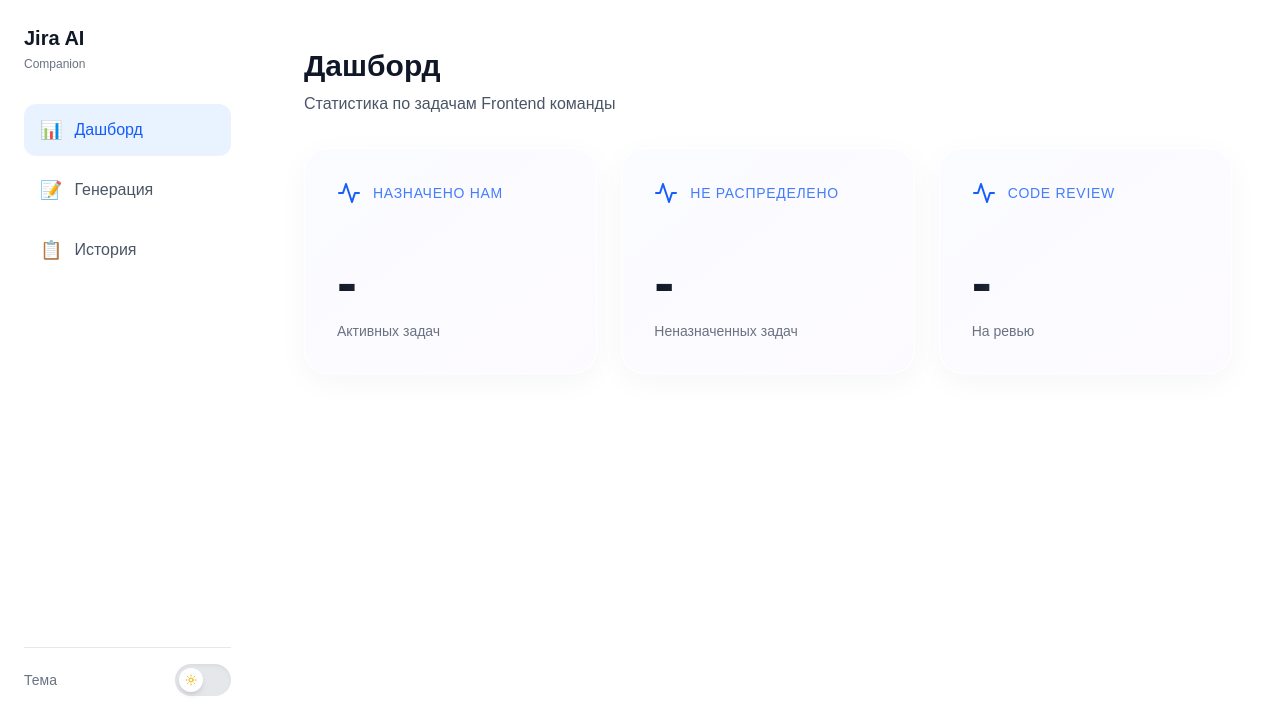
Repository: iposho/jira-ai-companion
Page: /
These files come from the project's save history. The page is drawn as it stood at one moment and after the next save; the edit follows.
The browser window is 1280 px wide. The pictures show the whole page.
The page's requests for data from a server got no answer. The project was rebuilt for these pictures with package versions that can differ from the ones it lists, and the page was loaded fresh each time. The framework's server and built-in components were replaced by stand-ins that run in the browser. No one was signed in, and anything a server would have sent is missing. Also part of the build but not shown: next.config.ts.

Above is the page before, as saved 2026-01-04 05:31:32.

### src/app/layout.tsx
import type { Metadata } from "next";
import { Geist, Geist_Mono } from "next/font/google";
import "./globals.css";
import { ThemeProvider } from "@/shared/providers/theme-provider";
import { AppShell } from "@/widgets/app-shell/ui/app-shell";

const geistSans = Geist({
  variable: "--font-geist-sans",
  subsets: ["latin"],
});

const geistMono = Geist_Mono({
  variable: "--font-geist-mono",
  subsets: ["latin"],
});

export const metadata: Metadata = {
  title: "Jira AI Companion",
  description: "Обзор фронтовых задач в DEV",
};

export default function RootLayout({
  children,
}: Readonly<{
  children: React.ReactNode;
}>) {
  return (
    <html lang="ru" suppressHydrationWarning>
      <body
        className={`${geistSans.variable} ${geistMono.variable} antialiased min-h-screen bg-gray-50 dark:bg-gray-900 transition-colors duration-300`}
      >
        <ThemeProvider
          attribute="class"
          defaultTheme="system"
          enableSystem
          disableTransitionOnChange
        >
          <AppShell>{children}</AppShell>
        </ThemeProvider>
      </body>
    </html>
  );
}

### src/app/page.tsx
import { StatTile } from "@/widgets/dashboard/ui/stat-tile";

async function getStats() {
  try {
    const baseUrl = process.env.URL || 'http://localhost:3000';
    const res = await fetch(`${baseUrl}/api/stats`, {
      cache: 'no-store',
    });
    if (!res.ok) return { count: 0, error: true };
    return res.json();
  } catch {
    return { count: 0, error: true };
  }
}

export default async function Home() {
  const stats = await getStats();

  return (
    <div>
      <div className="mb-8">
        <h1 className="text-3xl font-bold text-gray-900 dark:text-white mb-2">
          Дашборд
        </h1>
        <p className="text-gray-600 dark:text-gray-400">
          Статистика по задачам Frontend команды
        </p>
      </div>

      <main className="grid grid-cols-1 md:grid-cols-2 lg:grid-cols-3 gap-6">
        <StatTile
          count={stats.activeCount || 0}
          error={stats.error}
          label={['Активная задача', 'Активные задачи', 'Активных задач']}
          href={stats.activeUrl}
        />
        <StatTile
          count={stats.unassignedCount || 0}
          error={stats.error}
          label={['Неназначенная задача', 'Неназначенные задачи', 'Неназначенных задач']}
          href={stats.unassignedUrl}
        />
        <StatTile
          count={stats.reviewCount || 0}
          error={stats.error}
          label={['На ревью', 'На ревью', 'На ревью']}
          href={stats.reviewUrl}
        />
      </main>
    </div>
  );
}

### src/app/globals.css
@import "tailwindcss";

/*
  Enable class-based dark mode for Tailwind v4.
  This overrides the default media-based dark variant.
*/
@variant dark (&:where(.dark, .dark *));

:root {
  --background: #ffffff;
  --foreground: #171717;
}

@theme inline {
  --color-background: var(--background);
  --color-foreground: var(--foreground);
  --font-sans: var(--font-geist-sans);
  --font-mono: var(--font-geist-mono);
}

.dark {
  --background: #0a0a0a;
  --foreground: #ededed;
}

body {
  background: var(--background);
  color: var(--foreground);
  font-family: Arial, Helvetica, sans-serif;
}

### src/widgets/app-shell/ui/app-shell.tsx
'use client';

import { usePathname } from 'next/navigation';
import { Sidebar } from '@/widgets/sidebar/ui/sidebar';

export function AppShell({ children }: { children: React.ReactNode }) {
    const pathname = usePathname();
    const isLoginPage = pathname === '/login';

    if (isLoginPage) {
        return <>{children}</>;
    }

    return (
        <div className="flex min-h-screen">
            <Sidebar />
            <main className="flex-1 ml-64 p-8 sm:p-12">
                {children}
            </main>
        </div>
    );
}

### src/widgets/dashboard/ui/stat-tile.tsx
import { pluralize } from "@/shared/lib/utils";

interface StatTileProps {
    count: number;
    label: [string, string, string];
    error?: boolean;
    href?: string;
}

export function StatTile({ count, label, error, href }: StatTileProps) {
    const content = (
        <div className={`relative overflow-hidden rounded-3xl p-8
      bg-white/70 dark:bg-black/40
      backdrop-blur-xl border border-white/20 dark:border-white/10
      shadow-[0_8px_30px_rgb(0,0,0,0.04)] dark:shadow-[0_8px_30px_rgb(0,0,0,0.1)]
      transition-all duration-300 hover:scale-[1.02] active:scale-[0.98]
      ${href ? 'group cursor-pointer' : ''}
    `}>
            <div className="absolute inset-0 bg-gradient-to-br from-blue-500/5 to-purple-500/5 dark:from-blue-500/10 dark:to-purple-500/10 opacity-50" />

            <div className="relative z-10 flex flex-col items-start h-full justify-between min-h-[160px]">
                <div className="flex items-center space-x-3 text-blue-600 dark:text-blue-400 mb-4 transition-colors group-hover:text-blue-500">
                    <svg xmlns="http://www.w3.org/2000/svg" width="24" height="24" viewBox="0 0 24 24" fill="none" stroke="currentColor" strokeWidth="2" strokeLinecap="round" strokeLinejoin="round" className="lucide lucide-activity"><path d="M22 12h-4l-3 9L9 3l-3 9H2" /></svg>
                    <span className="font-medium text-sm uppercase tracking-wider opacity-80">
                        {label[1] === 'Неназначенные задачи'
                            ? 'Не распределено'
                            : label[1] === 'На ревью'
                                ? 'Code Review'
                                : 'Назначено нам'}
                    </span>
                </div>

                <div className="mt-auto">
                    <div className="text-6xl font-bold bg-clip-text text-transparent bg-gradient-to-r from-gray-900 to-gray-600 dark:from-white dark:to-gray-400">
                        {error ? "-" : count}
                    </div>
                    <p className="text-sm text-gray-500 dark:text-gray-400 mt-2 font-medium">
                        {pluralize(count, label)}
                    </p>
                </div>
            </div>
        </div>
    );

    if (href) {
        return (
            <a href={href} target="_blank" rel="noopener noreferrer" className="block">
                {content}
            </a>
        );
    }

    return content;
}

### src/widgets/sidebar/ui/sidebar.tsx
'use client';

import Link from 'next/link';
import { usePathname } from 'next/navigation';
import { ThemeToggle } from '@/features/theme/ui/theme-toggle';

const navItems = [
    { href: '/', label: 'Дашборд', icon: '📊' },
    { href: '/reports', label: 'Генерация', icon: '📝' },
    { href: '/reports/history', label: 'История', icon: '📋' },
];

export function Sidebar() {
    const pathname = usePathname();

    return (
        <aside className="fixed left-0 top-0 h-screen w-64 bg-white/70 dark:bg-black/40 backdrop-blur-xl border-r border-white/20 dark:border-white/10 p-6 flex flex-col z-50">
            <div className="mb-8">
                <h1 className="text-xl font-bold text-gray-900 dark:text-white">
                    Jira AI
                </h1>
                <p className="text-xs text-gray-500 dark:text-gray-400 mt-1">
                    Companion
                </p>
            </div>

            <nav className="flex-1 space-y-2">
                {navItems.map((item) => {
                    const isActive = pathname === item.href ||
                        (item.href !== '/' && pathname.startsWith(item.href));

                    return (
                        <Link
                            key={item.href}
                            href={item.href}
                            className={`flex items-center gap-3 px-4 py-3 rounded-xl transition-all duration-200 ${isActive
                                    ? 'bg-blue-500/10 text-blue-600 dark:text-blue-400 font-medium'
                                    : 'text-gray-600 dark:text-gray-400 hover:bg-gray-100 dark:hover:bg-white/5'
                                }`}
                        >
                            <span className="text-lg">{item.icon}</span>
                            <span>{item.label}</span>
                        </Link>
                    );
                })}
            </nav>

            <div className="pt-4 border-t border-gray-200 dark:border-gray-700">
                <div className="flex items-center justify-between">
                    <span className="text-sm text-gray-500 dark:text-gray-400">Тема</span>
                    <ThemeToggle />
                </div>
            </div>
        </aside>
    );
}

### src/shared/lib/utils.ts
import { type ClassValue, clsx } from "clsx";
import { twMerge } from "tailwind-merge";

export function cn(...inputs: ClassValue[]) {
    return twMerge(clsx(inputs));
}

export function pluralize(count: number, words: [string, string, string]): string {
    const cases = [2, 0, 1, 1, 1, 2];
    const index =
        count % 100 > 4 && count % 100 < 20
            ? 2
            : cases[count % 10 < 5 ? count % 10 : 5];
    return words[index];
}

### src/features/theme/ui/theme-toggle.tsx
"use client"

import * as React from "react"
import { Moon, Sun } from "lucide-react"
import { useTheme } from "next-themes"
import { cn } from "@/shared/lib/utils"

export function ThemeToggle() {
    const { setTheme, theme } = useTheme()

    return (
        <button
            onClick={() => setTheme(theme === "light" ? "dark" : "light")}
            className={cn(
                "relative flex h-8 w-14 items-center rounded-full p-1 transition-colors duration-300",
                "bg-gray-200 dark:bg-gray-700 shadow-inner"
            )}
            aria-label="Toggle theme"
        >
            <div
                className={cn(
                    "absolute h-6 w-6 rounded-full bg-white shadow-md transition-transform duration-300 flex items-center justify-center",
                    theme === "dark" ? "translate-x-6" : "translate-x-0"
                )}
            >
                {theme === "dark" ? (
                    <Moon className="h-3 w-3 text-gray-800" />
                ) : (
                    <Sun className="h-3 w-3 text-yellow-500" />
                )}
            </div>
        </button>
    )
}

Loaded but not shown: src/shared/providers/theme-provider.tsx (common file)

After the next save:
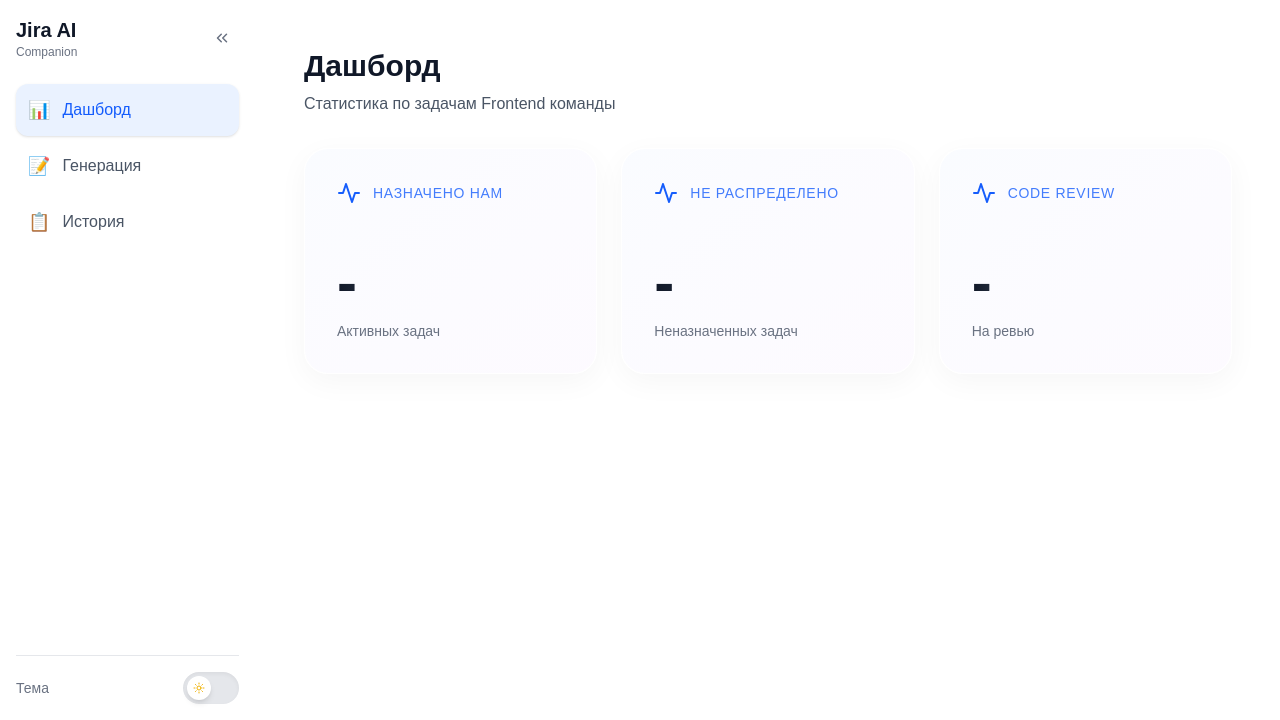
Saved 13 s later.
--- a/src/widgets/sidebar/ui/sidebar.tsx
+++ b/src/widgets/sidebar/ui/sidebar.tsx
@@ -5,52 +5,115 @@
 import { ThemeToggle } from '@/features/theme/ui/theme-toggle';
 
 const navItems = [
-    { href: '/', label: 'Дашборд', icon: '📊' },
-    { href: '/reports', label: 'Генерация', icon: '📝' },
-    { href: '/reports/history', label: 'История', icon: '📋' },
+  { href: '/', label: 'Дашборд', icon: '📊' },
+  { href: '/reports', label: 'Генерация', icon: '📝' },
+  { href: '/reports/history', label: 'История', icon: '📋' },
 ];
 
-export function Sidebar() {
-    const pathname = usePathname();
+interface SidebarProps {
+  collapsed: boolean;
+  onToggle: () => void;
+  onClose?: () => void;
+}
 
-    return (
-        <aside className="fixed left-0 top-0 h-screen w-64 bg-white/70 dark:bg-black/40 backdrop-blur-xl border-r border-white/20 dark:border-white/10 p-6 flex flex-col z-50">
-            <div className="mb-8">
-                <h1 className="text-xl font-bold text-gray-900 dark:text-white">
-                    Jira AI
-                </h1>
-                <p className="text-xs text-gray-500 dark:text-gray-400 mt-1">
-                    Companion
-                </p>
-            </div>
+export function Sidebar({ collapsed, onToggle, onClose }: SidebarProps) {
+  const pathname = usePathname();
 
-            <nav className="flex-1 space-y-2">
-                {navItems.map((item) => {
-                    const isActive = pathname === item.href ||
-                        (item.href !== '/' && pathname.startsWith(item.href));
+  const isActive = (href: string) => {
+    if (href === '/') return pathname === '/';
+    return pathname.startsWith(href) && (pathname === href || pathname.startsWith(href + '/'));
+  };
 
-                    return (
-                        <Link
-                            key={item.href}
-                            href={item.href}
-                            className={`flex items-center gap-3 px-4 py-3 rounded-xl transition-all duration-200 ${isActive
-                                    ? 'bg-blue-500/10 text-blue-600 dark:text-blue-400 font-medium'
-                                    : 'text-gray-600 dark:text-gray-400 hover:bg-gray-100 dark:hover:bg-white/5'
-                                }`}
-                        >
-                            <span className="text-lg">{item.icon}</span>
-                            <span>{item.label}</span>
-                        </Link>
-                    );
-                })}
-            </nav>
+  return (
+    <aside
+      className={`fixed left-0 top-0 h-screen bg-white/80 dark:bg-black/60 backdrop-blur-xl border-r border-white/20 dark:border-white/10 p-4 flex flex-col z-50 transition-all duration-300 ${
+        collapsed ? 'w-20' : 'w-64'
+      }`}
+    >
+      {/* Header */}
+      <div className={`flex items-center mb-6 ${collapsed ? 'justify-center' : 'justify-between'}`}>
+        {!collapsed && (
+          <div>
+            <h1 className="text-xl font-bold text-gray-900 dark:text-white">
+              Jira AI
+            </h1>
+            <p className="text-xs text-gray-500 dark:text-gray-400">
+              Companion
+            </p>
+          </div>
+        )}
+        {collapsed && (
+          <span className="text-2xl">📊</span>
+        )}
+        <button
+          onClick={onToggle}
+          className="hidden md:flex p-2 rounded-lg text-gray-500 hover:text-gray-700 dark:text-gray-400 dark:hover:text-gray-200 hover:bg-gray-100 dark:hover:bg-white/10 transition-all"
+          title={collapsed ? 'Развернуть' : 'Свернуть'}
+        >
+          <svg
+            xmlns="http://www.w3.org/2000/svg"
+            width="18"
+            height="18"
+            viewBox="0 0 24 24"
+            fill="none"
+            stroke="currentColor"
+            strokeWidth="2"
+            strokeLinecap="round"
+            strokeLinejoin="round"
+            className={`transition-transform duration-300 ${collapsed ? 'rotate-180' : ''}`}
+          >
+            <path d="m11 17-5-5 5-5" />
+            <path d="m18 17-5-5 5-5" />
+          </svg>
+        </button>
+        {/* Mobile close button */}
+        {onClose && (
+          <button
+            onClick={onClose}
+            className="md:hidden p-2 rounded-lg text-gray-500 hover:text-gray-700 dark:text-gray-400 dark:hover:text-gray-200"
+          >
+            <svg xmlns="http://www.w3.org/2000/svg" width="20" height="20" viewBox="0 0 24 24" fill="none" stroke="currentColor" strokeWidth="2" strokeLinecap="round" strokeLinejoin="round">
+              <path d="M18 6 6 18"/><path d="m6 6 12 12"/>
+            </svg>
+          </button>
+        )}
+      </div>
 
-            <div className="pt-4 border-t border-gray-200 dark:border-gray-700">
-                <div className="flex items-center justify-between">
-                    <span className="text-sm text-gray-500 dark:text-gray-400">Тема</span>
-                    <ThemeToggle />
-                </div>
-            </div>
-        </aside>
-    );
+      {/* Navigation */}
+      <nav className="flex-1 space-y-1">
+        {navItems.map((item) => {
+          const active = isActive(item.href);
+
+          return (
+            <Link
+              key={item.href}
+              href={item.href}
+              onClick={onClose}
+              className={`flex items-center gap-3 px-3 py-3 rounded-xl transition-all duration-200 ${
+                active
+                  ? 'bg-blue-500/10 text-blue-600 dark:text-blue-400 font-medium shadow-sm'
+                  : 'text-gray-600 dark:text-gray-400 hover:bg-gray-100 dark:hover:bg-white/5'
+              } ${collapsed ? 'justify-center' : ''}`}
+              title={collapsed ? item.label : undefined}
+            >
+              <span className="text-lg">{item.icon}</span>
+              {!collapsed && <span>{item.label}</span>}
+            </Link>
+          );
+        })}
+      </nav>
+
+      {/* Footer */}
+      <div className={`pt-4 border-t border-gray-200 dark:border-gray-700 ${collapsed ? 'flex justify-center' : ''}`}>
+        {!collapsed ? (
+          <div className="flex items-center justify-between">
+            <span className="text-sm text-gray-500 dark:text-gray-400">Тема</span>
+            <ThemeToggle />
+          </div>
+        ) : (
+          <ThemeToggle />
+        )}
+      </div>
+    </aside>
+  );
 }
